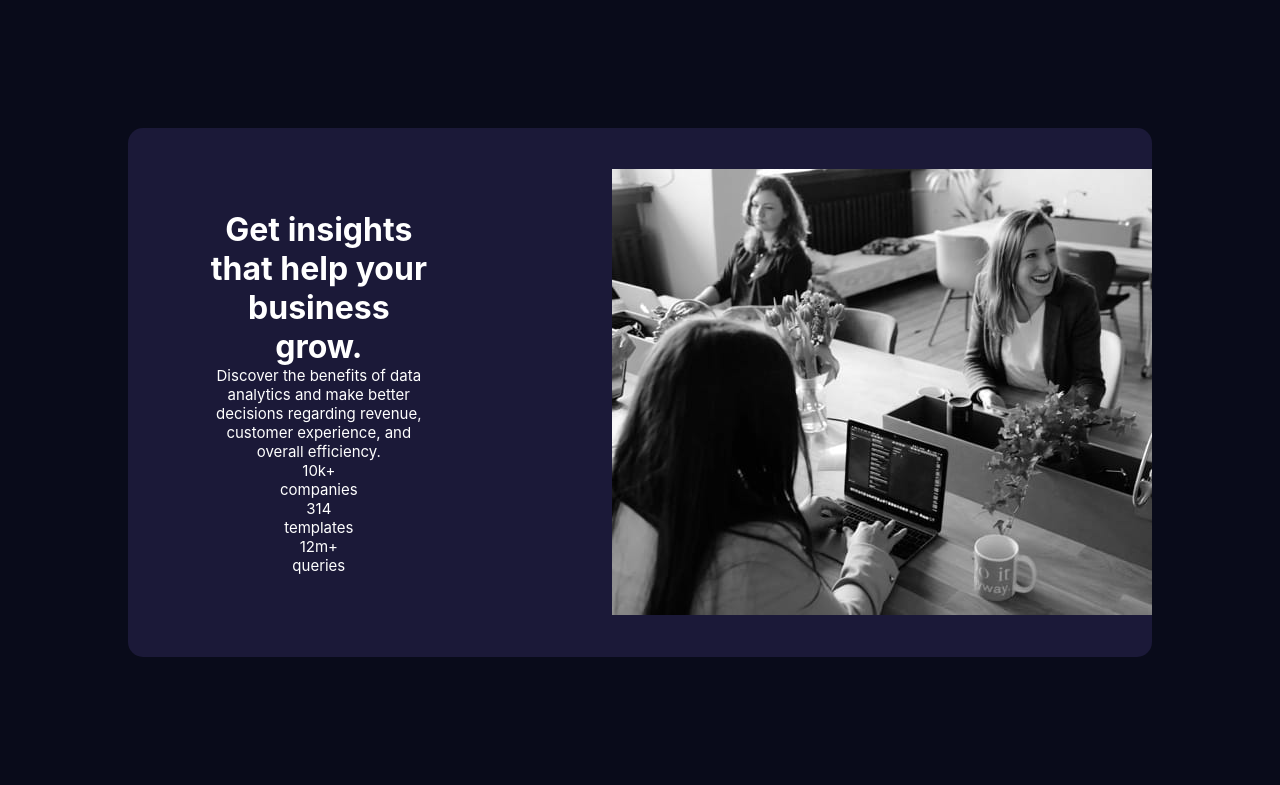
Repository: superZXMzzl/FrontendMentor
Page: stats-preview-card-component-main/index.html
An editor plug-in stored every save of this project. The page is shown before and after the next save, followed by the edit.
The browser window is 1280 px wide. The pictures show the whole page.

Above is the page before, as saved 2022-05-09 18:44:33.

### stats-preview-card-component-main/index.html
<!DOCTYPE html>
<html lang="en">
<head>
  <meta charset="UTF-8">
  <meta name="viewport" content="width=device-width, initial-scale=1.0"> <!-- displays site properly based on user's device -->

  <link rel="icon" type="image/png" sizes="32x32" href="./images/favicon-32x32.png">
  <link rel="stylesheet" href="./style.css">
  <title>Frontend Mentor | Stats preview card component</title>
</head>
<body>
  <div class="container">
    <div class="left">
      <p class="title">Get insights that help your business grow.</p>
      <p class="description">Discover the benefits of data analytics and make better decisions regarding revenue, customer
        experience, and overall efficiency.</p>
      <div class="sta">
        <div class="staInfo">
          <p class="staTitle">10k+</p>
          <p class="staDetail">companies</p>
        </div>
        <div class="staInfo">
          <p class="staTitle">314</p>
          <p class="staDetail">templates</p>
        </div>
        <div class="staInfo">
          <p class="staTitle">12m+</p>
          <p class="staDetail">queries</p>
        </div>
      </div>
    </div>
    <img src="./images/image-header-desktop.jpg" class="image">
  </div>
</body>
</html>

### stats-preview-card-component-main/style.css
* {
    font-size: 15px;
    font-family: 'Inter', sans-serif;
    font-weight: 400;
    margin: 0;
    padding: 0;
    box-sizing: border-box;
    color: white;
}

body {
    background-color: hsl(233, 47%, 7%);
    min-height: 100vh;
    background-size: contain;
    display: flex;
    align-items: center;
}

.container{
    margin: 10% 10%;
    display: flex;
    text-align: center;
    align-items: center;
    background-color: hsl(244, 38%, 16%);
    border-radius: 15px;
    overflow: hidden;
    justify-content: left;
    column-gap: 10%;
}

.left{
    padding: 8%;
}

.title{
    font-size: 32px;
    font-weight: bolder;
}

.image{
    background-color: hsl(277, 64%, 61%);
}

After the next save:
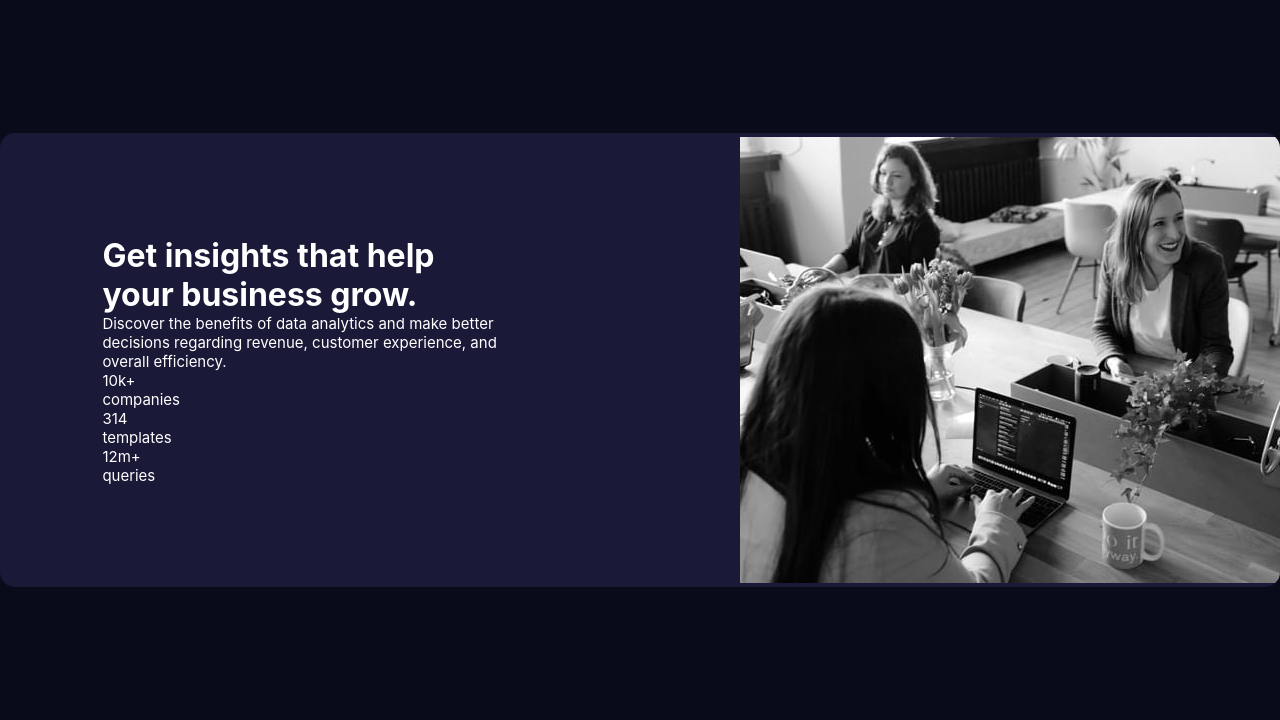
Saved 18 s later.
--- a/stats-preview-card-component-main/style.css
+++ b/stats-preview-card-component-main/style.css
@@ -17,9 +17,8 @@ body {
 }
 
 .container{
-    margin: 10% 10%;
     display: flex;
-    text-align: center;
+    text-align: left;
     align-items: center;
     background-color: hsl(244, 38%, 16%);
     border-radius: 15px;
